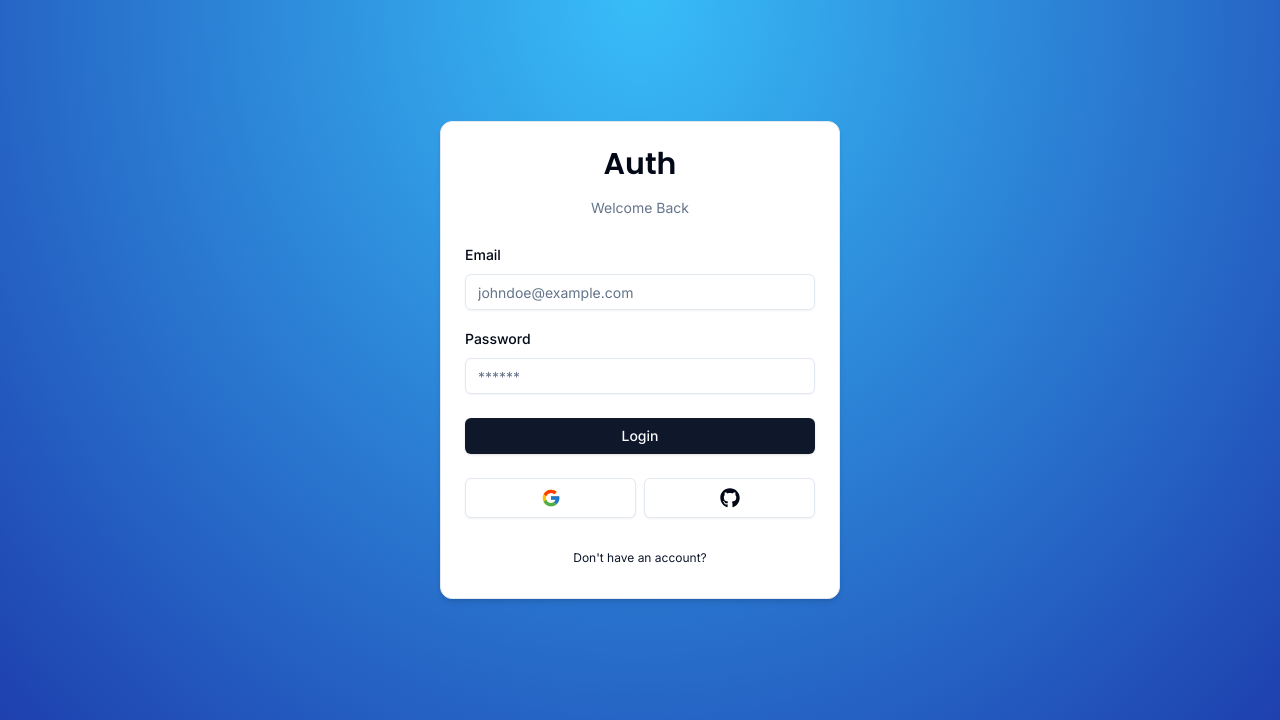
Repository: DevLaukey/next-auth-role-based
Page: /auth/register
An editor plug-in stored every save of this project. The page is shown before and after the next save, followed by the edit.
The browser window is 1280 px wide. The pictures show the whole page.
The project was rebuilt for these pictures with package versions that can differ from the ones it lists, and the page was loaded fresh each time. The framework's server and built-in components were replaced by stand-ins that run in the browser. Also part of the build but not shown: next.config.js, components/form-error.tsx, components/form-success.tsx.

Above is the page before, as saved 2024-01-16 03:25:46.

After the next save:
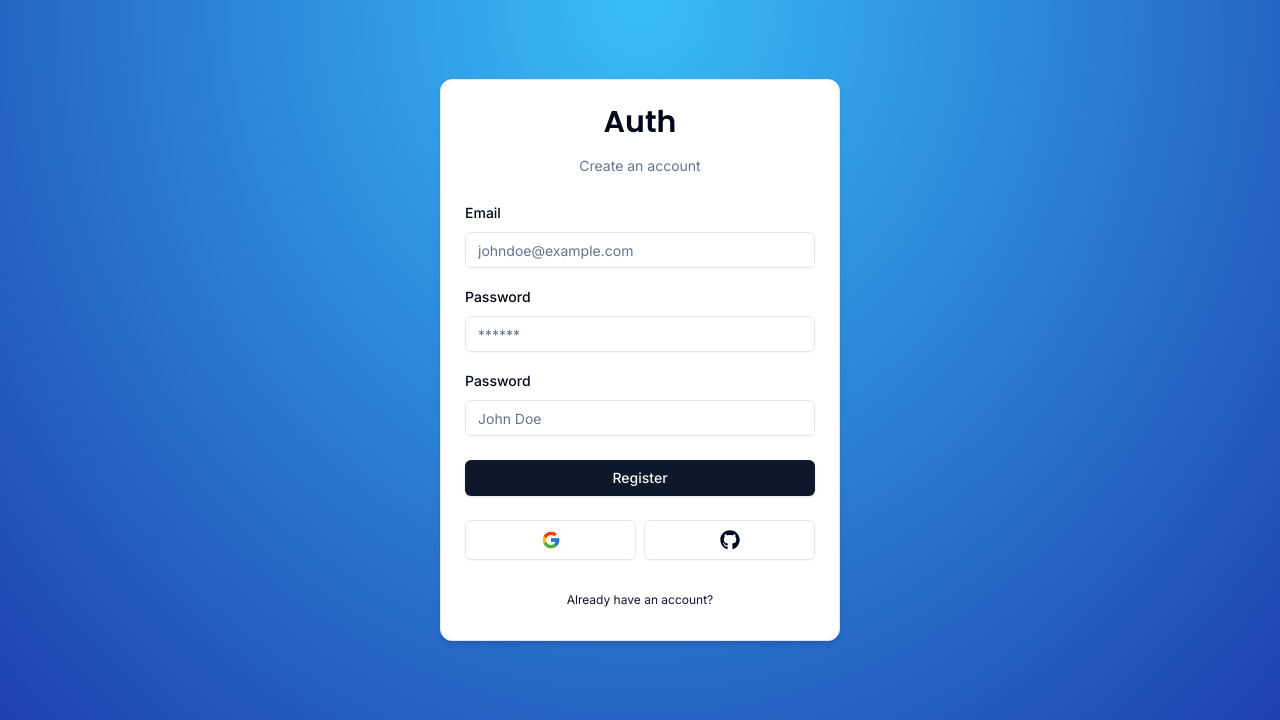
Saved 18 s later.
--- a/app/auth/register/page.tsx
+++ b/app/auth/register/page.tsx
@@ -1,8 +1,9 @@
-import { LoginForm } from "@/components/auth/login-form"
+
+import { RegisterForm } from "@/components/auth/register-form"
 
 function RegisterPage() {
   return (
-   <LoginForm/>
+   <RegisterForm/>
   )
 }
 
